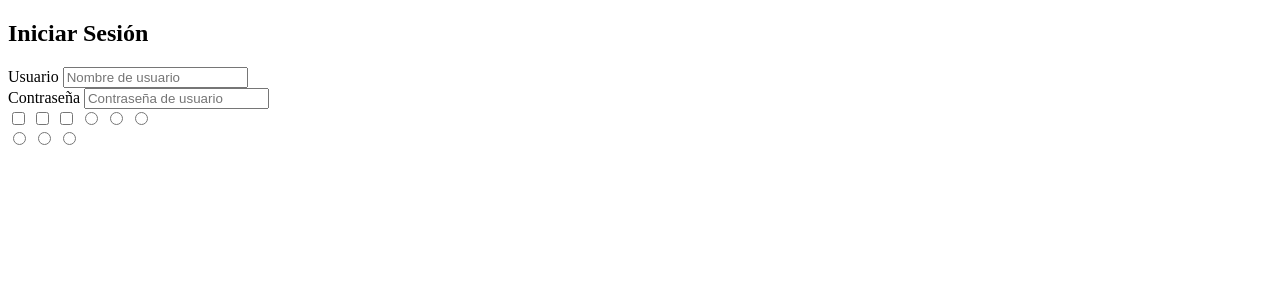
Repository: taborracho/Formulario
Page: index.html
An editor plug-in stored every save of this project. The page is shown before and after the next save, followed by the edit.
The browser window is 1280 px wide. The pictures show the whole page.

Above is the page before, as saved 2021-07-14 19:03:33.

After the next save:
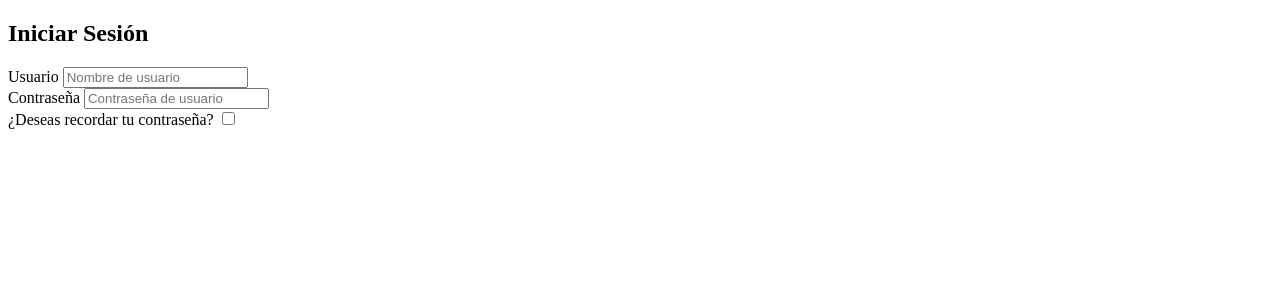
Saved 2 min 33 s later.
--- a/index.html
+++ b/index.html
@@ -31,17 +31,11 @@
                 <input type="password" id="password" placeholder="Contraseña de usuario">
             </div>
 
-            <input type="checkbox">
-            <input type="checkbox">
-            <input type="checkbox">
+            <div>
+                <label for="check">¿Deseas recordar tu contraseña?</label>
+                <input type="checkbox" id="check">
+            </div>
 
-            <input type="radio" name="grupoa" id="">
-            <input type="radio" name="grupoa" id="">
-            <input type="radio" name="grupoa" id="">
-            <br>
-            <input type="radio" name="grupob" id="">
-            <input type="radio" name="grupob" id="">
-            <input type="radio" name="grupob" id="">
 
         </div>
 
